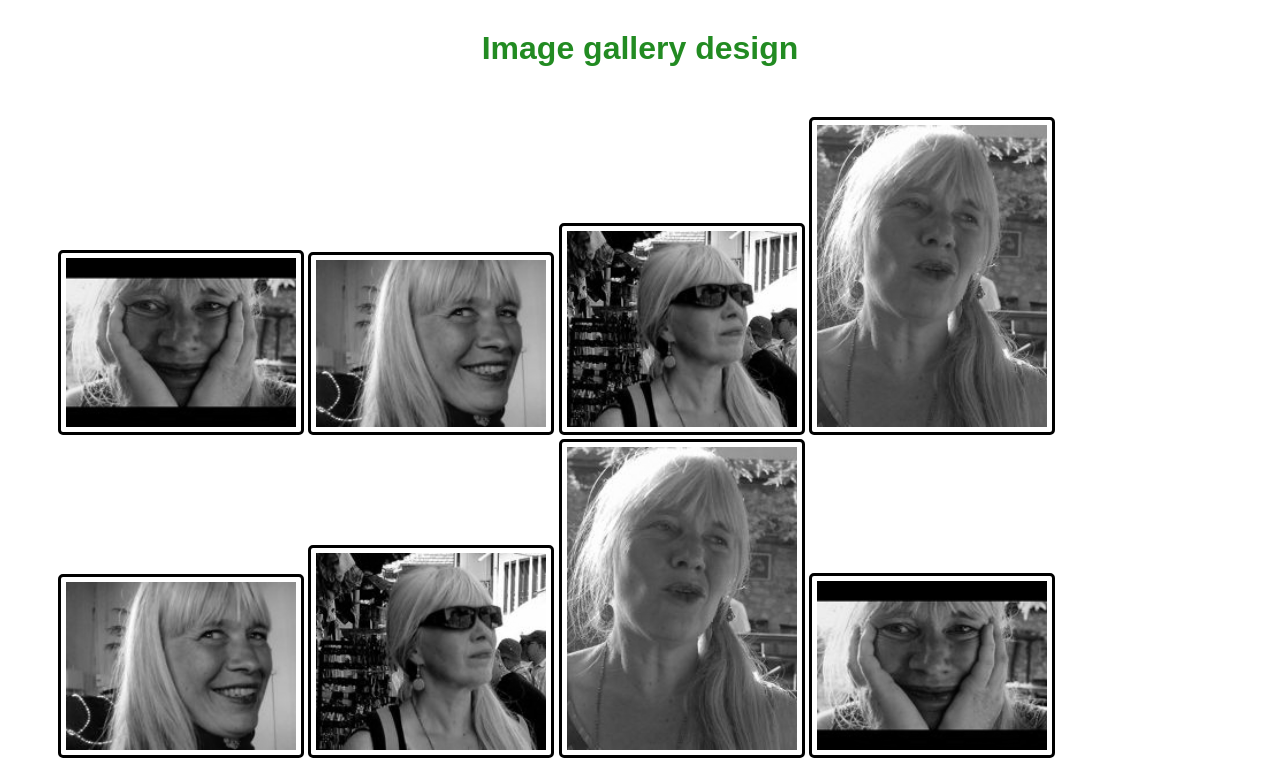
Repository: hindrik40/bildspel-lightbox
Page: index.html
These files come from the project's save history. The page is drawn as it stood at one moment and after the next save; the edit follows.
The browser window is 1280 px wide. The pictures show the whole page.

Above is the page before, as saved 2021-08-08 16:58:39.

### index.html
<!DOCTYPE html>
<html lang="en">
<head>
    <meta charset="UTF-8">
    <meta http-equiv="X-UA-Compatible" content="IE=edge">
    <meta name="viewport" content="width=device-width, initial-scale=1.0">
    <link rel="stylesheet" href="css/style.css">
    <title>slide lightbox</title>
</head>
<body>
    <h1>Image gallery design</h1>
    <div class="gallery">
        <a href="images/b8.jpg"></a><img src="images/b8t.jpg">
        <a href="images/b5.jpg"></a><img src="images/b5t.jpg">
        <a href="images/b6.jpg"></a><img src="images/b6t.jpg">
        <a href="images/b9.jpg"></a><img src="images/b9t.jpg">



        <img src="images/b5t.jpg">
        <img src="images/b6t.jpg">
        <img src="images/b9t.jpg">
        <img src="images/b8t.jpg">



    </div>

</body>
</html>

### css/style.css
body {
    font-family: sans-serif;
}

h1 {
    text-align: center;
    color: forestgreen;
    margin: 30px 0 50px;
}

.gallery {
    margin: 10px 50px;
}

.gallery img {
    width: 230px;
    padding: 5px;
    filter:grayscale(100%);
    transition: 1s;
    border-radius: 5px;;
}
.gallery img:hover {
    filter: grayscale(0%);
    transform:scale(1.1)}


img {
    border: 3px solid black;
}

After the next save:
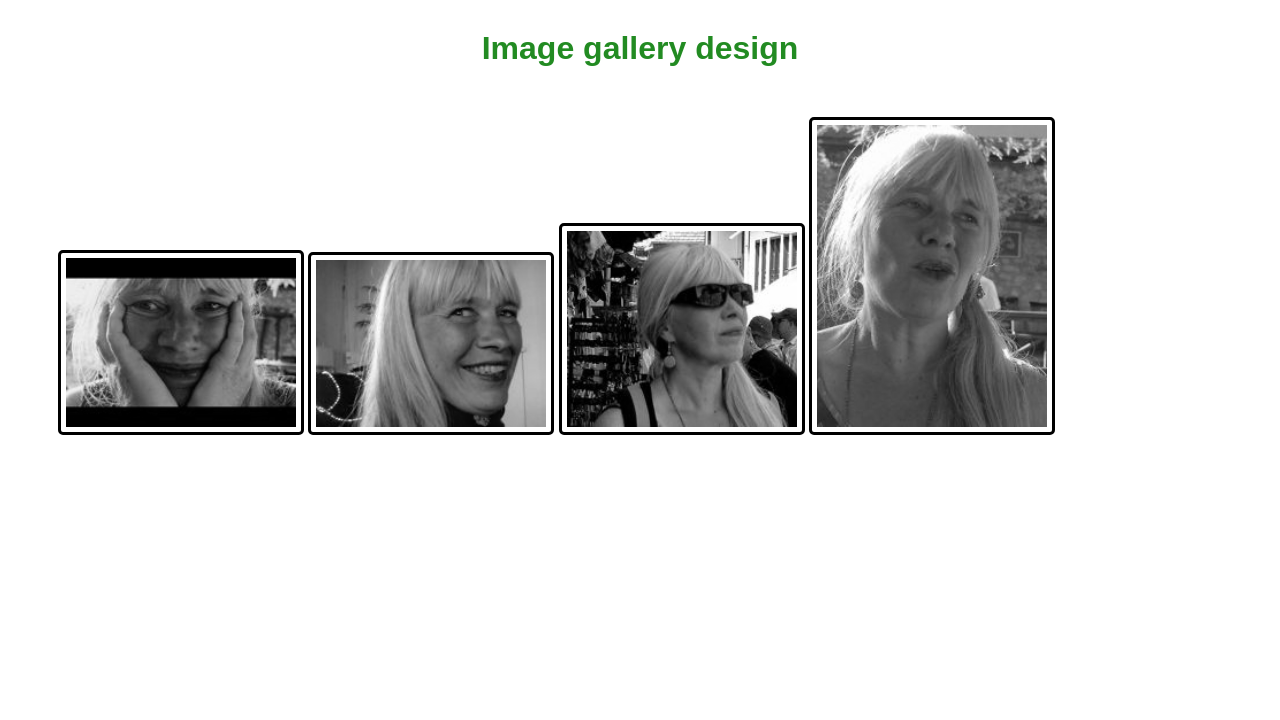
Saved 5 s later.
--- a/index.html
+++ b/index.html
@@ -17,11 +17,6 @@
 
 
 
-        <img src="images/b5t.jpg">
-        <img src="images/b6t.jpg">
-        <img src="images/b9t.jpg">
-        <img src="images/b8t.jpg">
-
 
 
     </div>
